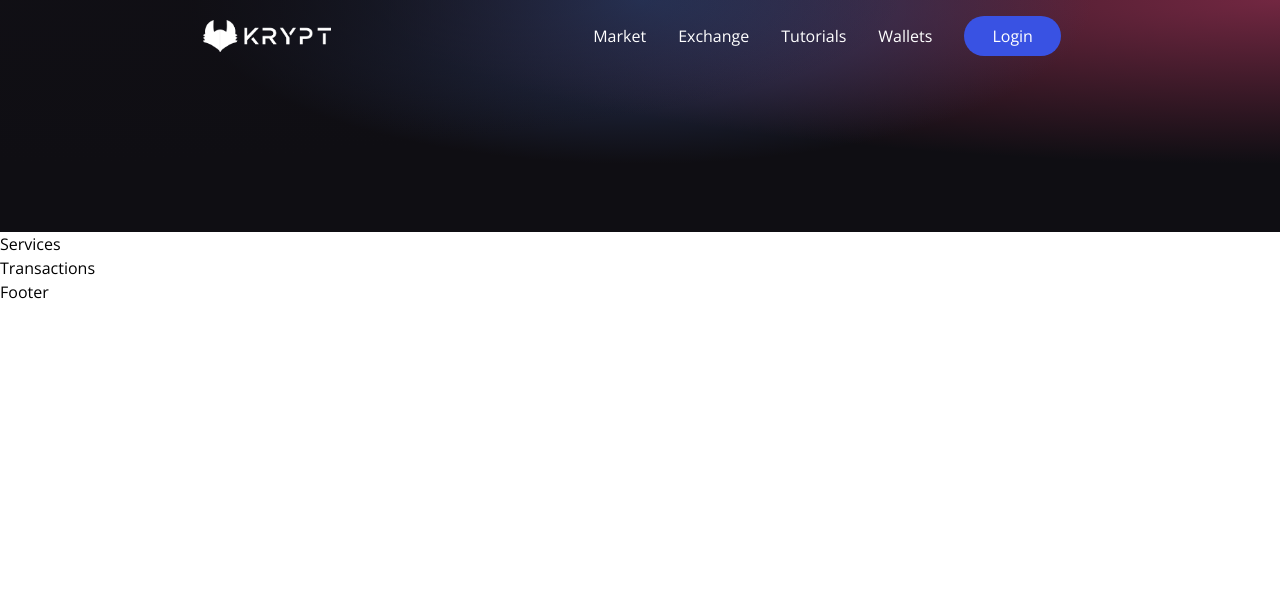
Repository: stephan-chiorean/krypt
Page: / (app in client/)
These files come from the project's save history. The page is drawn as it stood at one moment and after the next save; the edit follows.
The browser window is 1280 px wide. The pictures show the whole page.
The project was rebuilt for these pictures with package versions that can differ from the ones it lists, and the page was loaded fresh each time. Also part of the build but not shown: client/vite.config.js, client/src/components/Loader.jsx.

Above is the page before, as saved 2023-03-28 14:59:15.

### client/src/App.jsx
import {Navbar, Welcome, Footer, Services, Transactions} from './components';

const App = () => {

  return (
    <div className="min-h-screen">
      <div className="gradient-bg-welcome">
        <Navbar/>
        <Welcome/>
      </div>
      <Services/>
      <Transactions/>
      <Footer/>
    </div>
  )
}

export default App

### client/src/components/index.js
export {default as Loader} from './Loader';
export {default as Navbar} from './Navbar';
export {default as Footer} from './Footer';
export {default as Welcome} from './Welcome';
export {default as Transactions} from './Transactions';
export {default as Services} from './Services';

### client/src/components/Navbar.jsx
import { HiMenuAlt4 } from 'react-icons/hi';
import { AiOutlineClose } from 'react-icons/ai';
import { useState } from 'react';

import logo from '../../images/logo.png';

const NavbarItem = ({ title, classProps }) => {
  return <li className={`mx-4 cursor-pointer ${classProps}`}>{title}</li>;
};
export default () => {
  const [toggleMenu, setToggleMenu] = useState(false);
  return (
    <nav className='w-full flex md:justify-center justify-between items-center p-4'>
      <div className='md:flex-[0.5] flex-initial justify-center items-center'>
        <img src={logo} alt='logo' className='w-32 cursor-pointer' />
      </div>
      <ul className='text-white md:flex hidden list-none flex-row justify-between items-center flex-initial'>
        {['Market', 'Exchange', 'Tutorials', 'Wallets'].map((item, index) => (
          <NavbarItem key={item + index} title={item} />
        ))}
        <li className='bg-[#3952e3] py-2 px-7 mx-4 rounded-full cursor-pointer hover:bg-[#2546bd]'>
          Login
        </li>
      </ul>
      <div className='flex relative'>
        {toggleMenu ? (
          <AiOutlineClose
            fontSize={28}
            className='text-white md:hidden cursor-pointer'
            onClick={() => setToggleMenu(false)}
          />
        ) : (
          <HiMenuAlt4
            fontSize={28}
            className='text-white md:hidden cursor-pointer'
            onClick={() => setToggleMenu(true)}
          />
        )}
        {toggleMenu && (
          <ul className="z-10 fixed top-0 -right-2 p-3 w-[70vw] h-screen shadow-2xl md:hidden list-none flex flex-col justify-start items-end rounded-md blue-glassmorphism text-white animate-slide-in">
            <li className='text-xl w-full my-2'>
              <AiOutlineClose onClick={() => setToggleMenu(false)} className="cursor-pointer"/>
            </li>
            {['Market', 'Exchange', 'Tutorials', 'Wallets'].map(
              (item, index) => (
                <NavbarItem key={item + index} title={item} classProps="my-2 text-lg"/>
              )
            )}
          </ul>
        )}
      </div>
    </nav>
  );
};

### client/src/components/Footer.jsx
import React from 'react'

export default() => {
  return (
    <div>Footer</div>
  )
}

### client/src/components/Welcome.jsx
import {AiFillPlayCircle} from "react-icons/ai"
import {SiEthereum} from "react-icons/si";
import {BsInfoCircle} from "react-icons/bs";
import {Loader} from './'


export default() => {
  return (
    <div className="flex w-full justify-center items-center">
      <div className="flex md:flex-row flex-col itesm-start justify-between md:p-20 py-12 px-4">

      </div>
    </div>
  )
}

### client/src/components/Transactions.jsx
import React from 'react'

export default() => {
  return (
    <div>Transactions</div>
  )
}

### client/src/components/Services.jsx
import React from 'react'

export default() => {
  return (
    <div>Services</div>
  )
}

Loaded but not shown: client/index.html (common file); client/src/main.jsx (common file); client/src/index.css (common file); client/tailwind.config.js (common file)

After the next save:
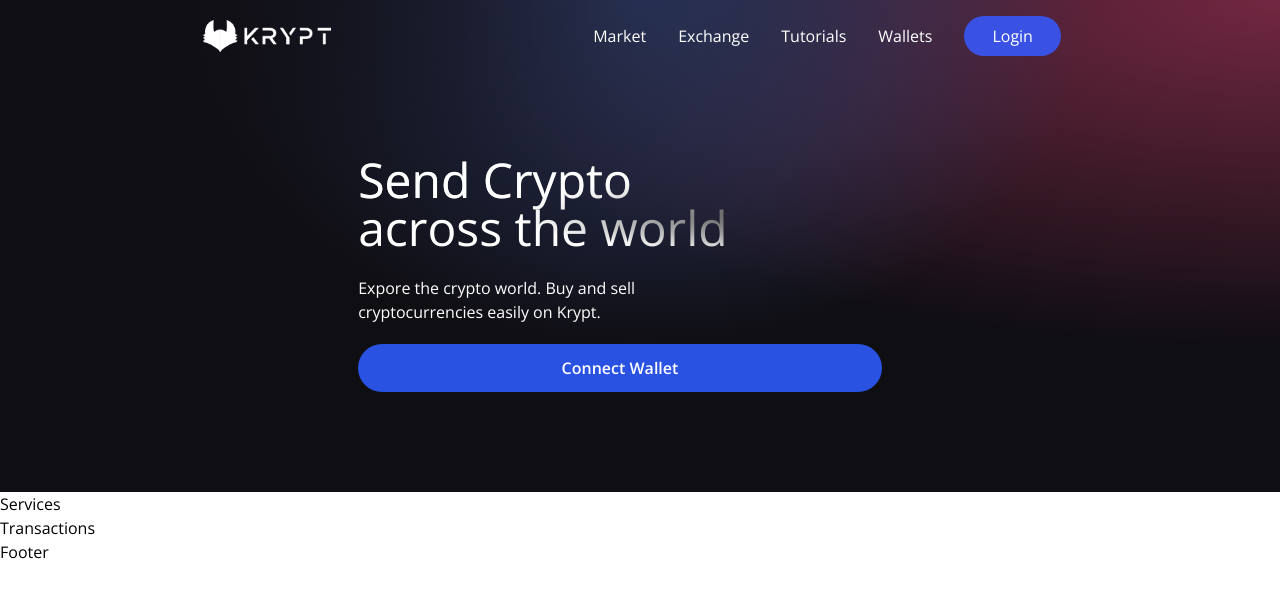
Saved 4 min 26 s later.
--- a/client/src/components/Welcome.jsx
+++ b/client/src/components/Welcome.jsx
@@ -5,10 +5,24 @@ import {Loader} from './'
 
 
 export default() => {
+  const connectWallet = () => {
+
+  }
   return (
     <div className="flex w-full justify-center items-center">
       <div className="flex md:flex-row flex-col itesm-start justify-between md:p-20 py-12 px-4">
+        <div className="flex flex-1 justify-start flex-col md:mr-10">
+          <h1 className="text-3xl sm:text-5xl text-white text-gradient py-1">Send Crypto <br/> across the world</h1>
+          <p className="text-left mt-5 text-white font-light md:w-9/12 w-11/12 text-base">
+            Expore the crypto world. Buy and sell cryptocurrencies easily on Krypt.
+          </p>
+          <button type="button" onClick={connectWallet} className="flex flex-row justify-center items-center my-5 bg-[#2952e3] p-3 rounded-full cursor-pointer hover:bg-[#2546bd]">
+            <p className="text-white text-base font-semibold">
+              Connect Wallet
+            </p>
+          </button>
 
+        </div>
       </div>
     </div>
   )
